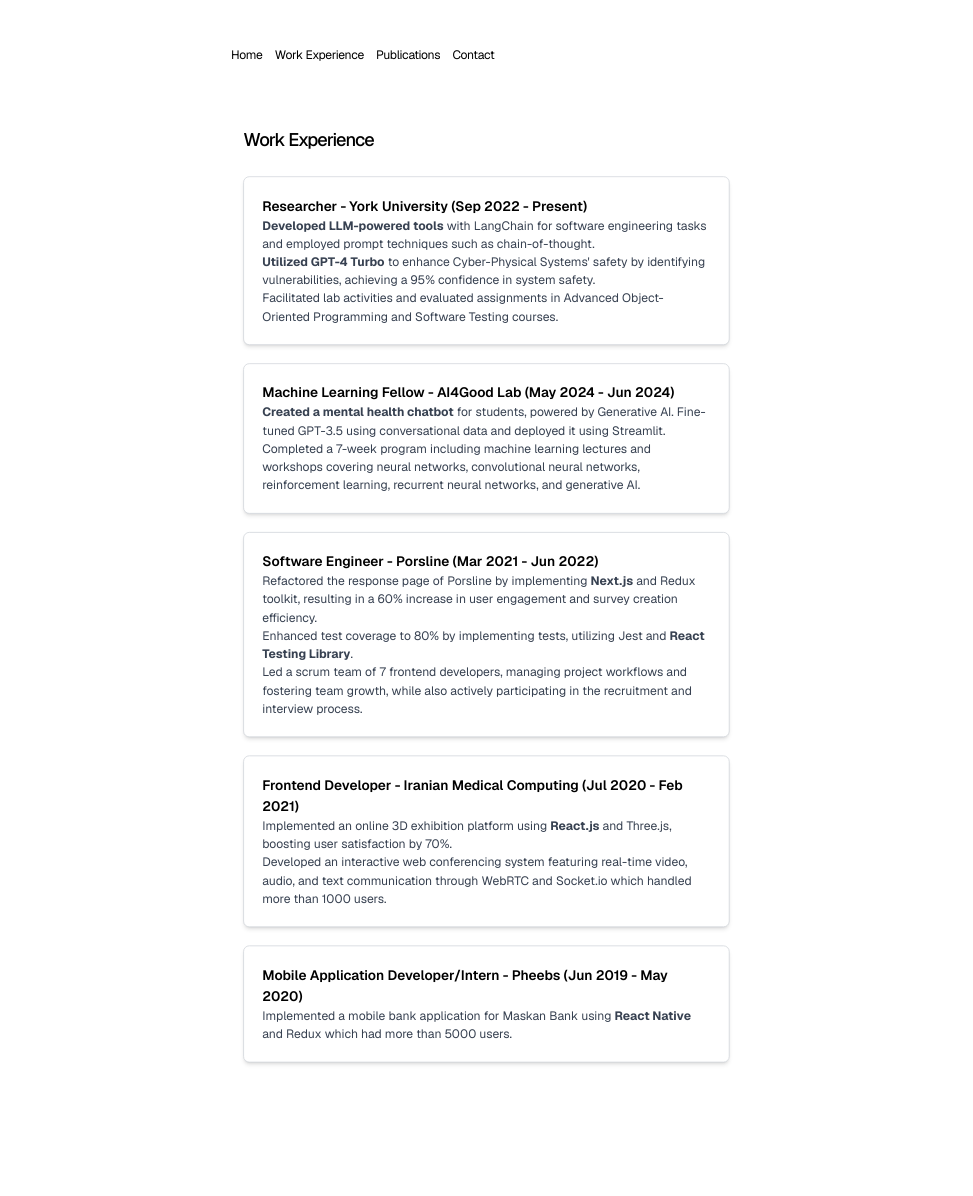
Repository: kimixz/kimixz.github.io
Page: /work
An editor plug-in stored every save of this project. The page is shown before and after the next save, followed by the edit.
The browser window is 1280 px wide. The pictures show the whole page, at 76% of full size.
The project was rebuilt for these pictures with package versions that can differ from the ones it lists, and the page was loaded fresh each time. Some packages were replaced by stand-ins written for this rebuild. The framework's server and built-in components were replaced by stand-ins that run in the browser. Also part of the build but not shown: next.config.mjs, app/blog/[slug]/sandpack.tsx.

Above is the page before, as saved 2024-07-28 16:47:31.

After the next save:
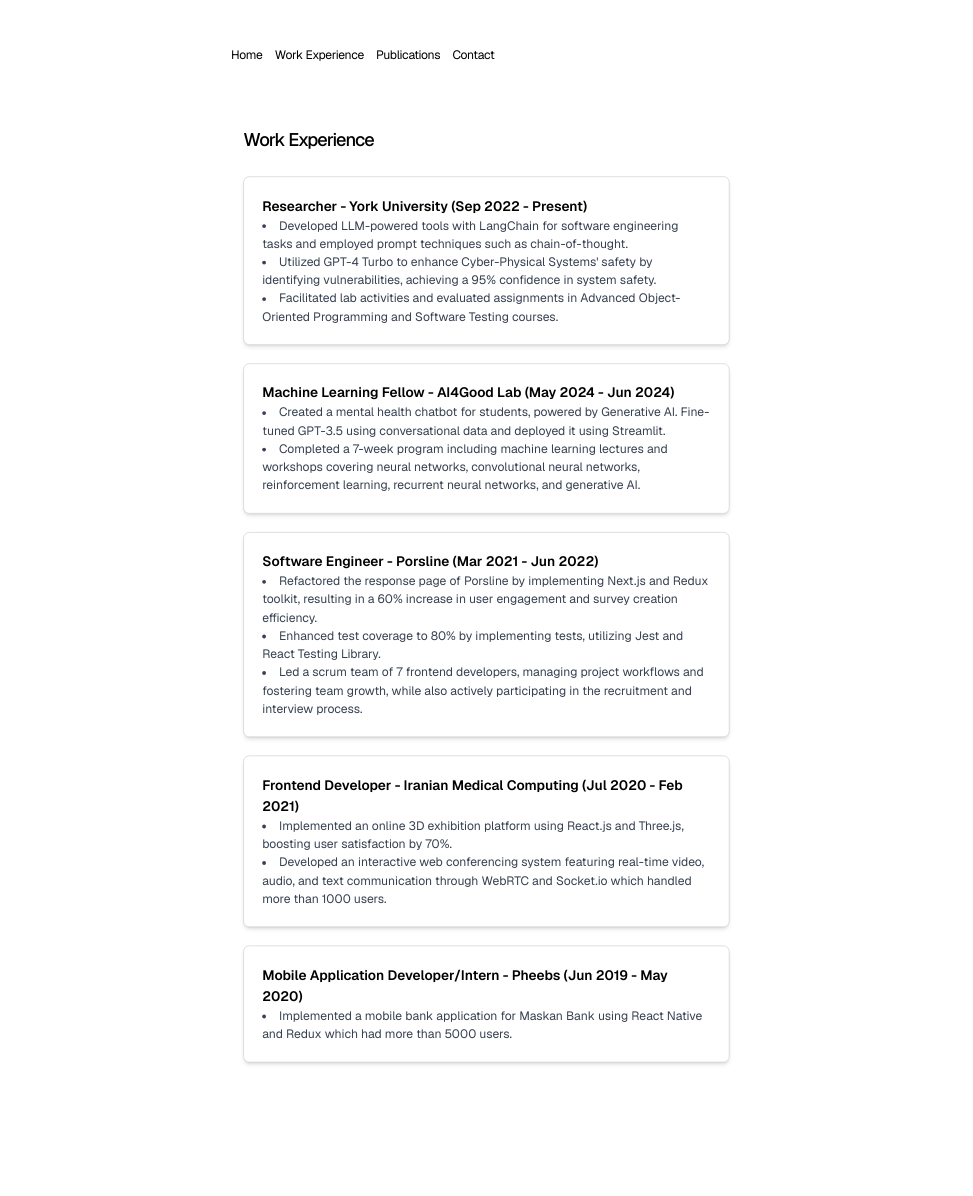
Saved 55 s later.
--- a/app/work/page.tsx
+++ b/app/work/page.tsx
@@ -6,38 +6,38 @@ export default function Page() {
       <div className="space-y-6">
         <div className="p-6 border border-gray-300 dark:border-gray-700 rounded-lg bg-white dark:bg-gray-900 shadow-md">
           <h2 className="font-semibold text-lg">Researcher - York University (Sep 2022 - Present)</h2>
-          <ul className="text-gray-700 dark:text-gray-300">
-            <li><strong>Developed LLM-powered tools</strong> with LangChain for software engineering tasks and employed prompt techniques such as chain-of-thought.</li>
-            <li><strong>Utilized GPT-4 Turbo</strong> to enhance Cyber-Physical Systems' safety by identifying vulnerabilities, achieving a 95% confidence in system safety.</li>
+          <ul className="list-disc list-inside text-gray-700 dark:text-gray-300">
+            <li>Developed LLM-powered tools with LangChain for software engineering tasks and employed prompt techniques such as chain-of-thought.</li>
+            <li>Utilized GPT-4 Turbo to enhance Cyber-Physical Systems' safety by identifying vulnerabilities, achieving a 95% confidence in system safety.</li>
             <li>Facilitated lab activities and evaluated assignments in Advanced Object-Oriented Programming and Software Testing courses.</li>
           </ul>
         </div>
         <div className="p-6 border border-gray-300 dark:border-gray-700 rounded-lg bg-white dark:bg-gray-900 shadow-md">
           <h2 className="font-semibold text-lg">Machine Learning Fellow - AI4Good Lab (May 2024 - Jun 2024)</h2>
-          <ul className="text-gray-700 dark:text-gray-300">
-            <li><strong>Created a mental health chatbot</strong> for students, powered by Generative AI. Fine-tuned GPT-3.5 using conversational data and deployed it using Streamlit.</li>
+          <ul className="list-disc list-inside text-gray-700 dark:text-gray-300">
+            <li>Created a mental health chatbot for students, powered by Generative AI. Fine-tuned GPT-3.5 using conversational data and deployed it using Streamlit.</li>
             <li>Completed a 7-week program including machine learning lectures and workshops covering neural networks, convolutional neural networks, reinforcement learning, recurrent neural networks, and generative AI.</li>
           </ul>
         </div>
         <div className="p-6 border border-gray-300 dark:border-gray-700 rounded-lg bg-white dark:bg-gray-900 shadow-md">
           <h2 className="font-semibold text-lg">Software Engineer - Porsline (Mar 2021 - Jun 2022)</h2>
-          <ul className="text-gray-700 dark:text-gray-300">
-            <li>Refactored the response page of Porsline by implementing <strong>Next.js</strong> and Redux toolkit, resulting in a 60% increase in user engagement and survey creation efficiency.</li>
-            <li>Enhanced test coverage to 80% by implementing tests, utilizing Jest and <strong>React Testing Library</strong>.</li>
+          <ul className="list-disc list-inside text-gray-700 dark:text-gray-300">
+            <li>Refactored the response page of Porsline by implementing Next.js and Redux toolkit, resulting in a 60% increase in user engagement and survey creation efficiency.</li>
+            <li>Enhanced test coverage to 80% by implementing tests, utilizing Jest and React Testing Library.</li>
             <li>Led a scrum team of 7 frontend developers, managing project workflows and fostering team growth, while also actively participating in the recruitment and interview process.</li>
           </ul>
         </div>
         <div className="p-6 border border-gray-300 dark:border-gray-700 rounded-lg bg-white dark:bg-gray-900 shadow-md">
           <h2 className="font-semibold text-lg">Frontend Developer - Iranian Medical Computing (Jul 2020 - Feb 2021)</h2>
-          <ul className="text-gray-700 dark:text-gray-300">
-            <li>Implemented an online 3D exhibition platform using <strong>React.js</strong> and Three.js, boosting user satisfaction by 70%.</li>
+          <ul className="list-disc list-inside text-gray-700 dark:text-gray-300">
+            <li>Implemented an online 3D exhibition platform using React.js and Three.js, boosting user satisfaction by 70%.</li>
             <li>Developed an interactive web conferencing system featuring real-time video, audio, and text communication through WebRTC and Socket.io which handled more than 1000 users.</li>
           </ul>
         </div>
         <div className="p-6 border border-gray-300 dark:border-gray-700 rounded-lg bg-white dark:bg-gray-900 shadow-md">
           <h2 className="font-semibold text-lg">Mobile Application Developer/Intern - Pheebs (Jun 2019 - May 2020)</h2>
-          <ul className="text-gray-700 dark:text-gray-300">
-            <li>Implemented a mobile bank application for Maskan Bank using <strong>React Native</strong> and Redux which had more than 5000 users.</li>
+          <ul className="list-disc list-inside text-gray-700 dark:text-gray-300">
+            <li>Implemented a mobile bank application for Maskan Bank using React Native and Redux which had more than 5000 users.</li>
           </ul>
         </div>
       </div>
